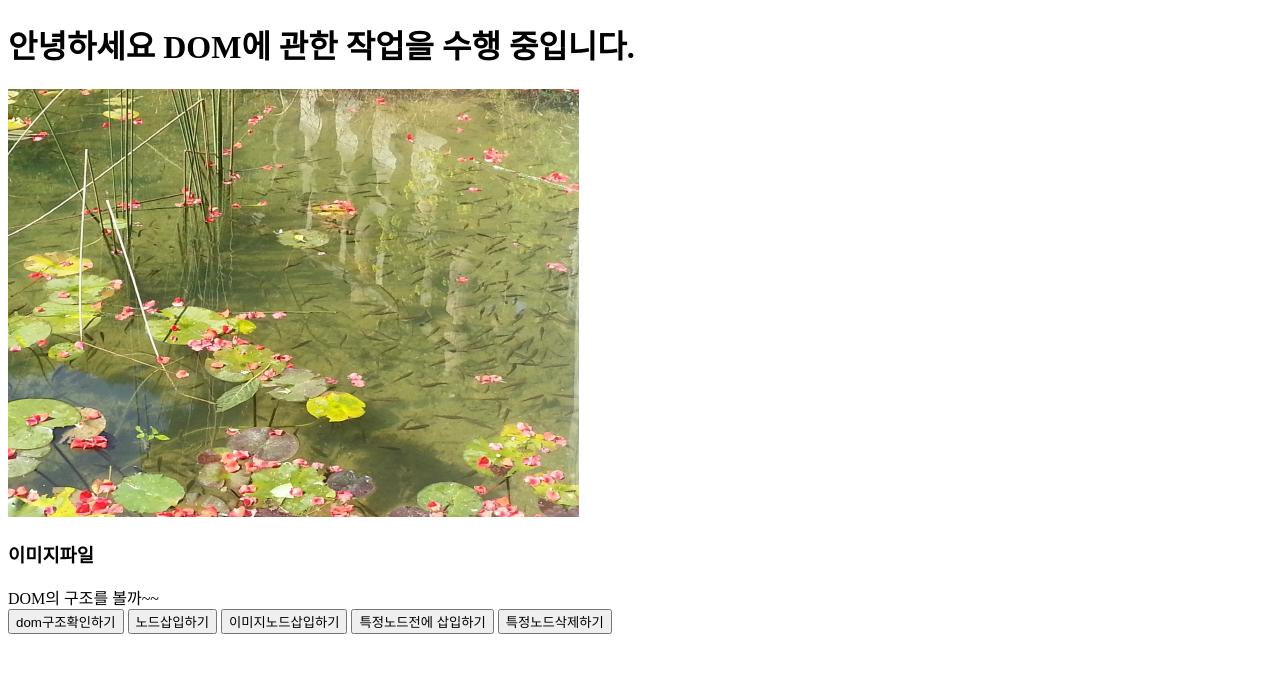
Repository: wishinghyun/multicampus
Page: webwork/clientweb/WebContent/js_dom/js_basic_dom_nodeinsert.html
The author's editor kept a copy of each file at every save. The page is drawn from the files as they stood at one save, then again after the next save.
The browser window is 1280 px wide. The pictures show the whole page.

Above is the page before, as saved 2020-01-10 01:48:27.

### webwork/clientweb/WebContent/js_dom/js_basic_dom_nodeinsert.html
<!DOCTYPE html>
<html>
<head>
	<meta http-equiv="Content-Type" content="text/html; charset=EUC-KR" />
	<title>Insert title here</title>
	<script type="text/javascript">
		window.onload = function() {
			document.getElementById("btninsert").onclick = function() {
				//alert("test")
				//1. 노드 생성
				newTextNode = document.createTextNode("삽입될 텍스트")

				//2. 삽입될 상위 노드를 구하기
				targetNode = document.getElementById("domtestbtn")

				//3. target노드에 새롭게 생성한 노드를 추가한다 - 하위노드로 추가
				targetNode.appendChild(newTextNode)
			}
		}
	</script>
</head>
<body>
	<div id="main">
		<h1 id="myhead">안녕하세요 DOM에 관한 작업을 수행 중입니다.</h1>
		<div id="mycontent1"><img src="../images/m_garden07.jpg" name="myimg" id="myimagId"
				alt="이미지파일" /><h3>이미지파일</h3></div>
		<div id="mycontent2">DOM의 구조를 볼까~~</div>
		<div id="domtestbtn">
			<form id="myformId" name="myform">
				<input type="button" value="dom구조확인하기"
					 name="btn" id="btndomtest" />
				<input type="button" value="노드삽입하기"
					 name="btn" id="btninsert" />
				<input type="button" value="이미지노드삽입하기"
					 name="btn" id="imginsert" />

				<input type="button" value="특정노드전에 삽입하기"
					 name="btn" id="btninsertbefore" />
				<input type="button" value="특정노드삭제하기"
					 name="btn" id="btndelete" />
			</form>

		</div>
	</div>
</body>
</html>

After the next save:
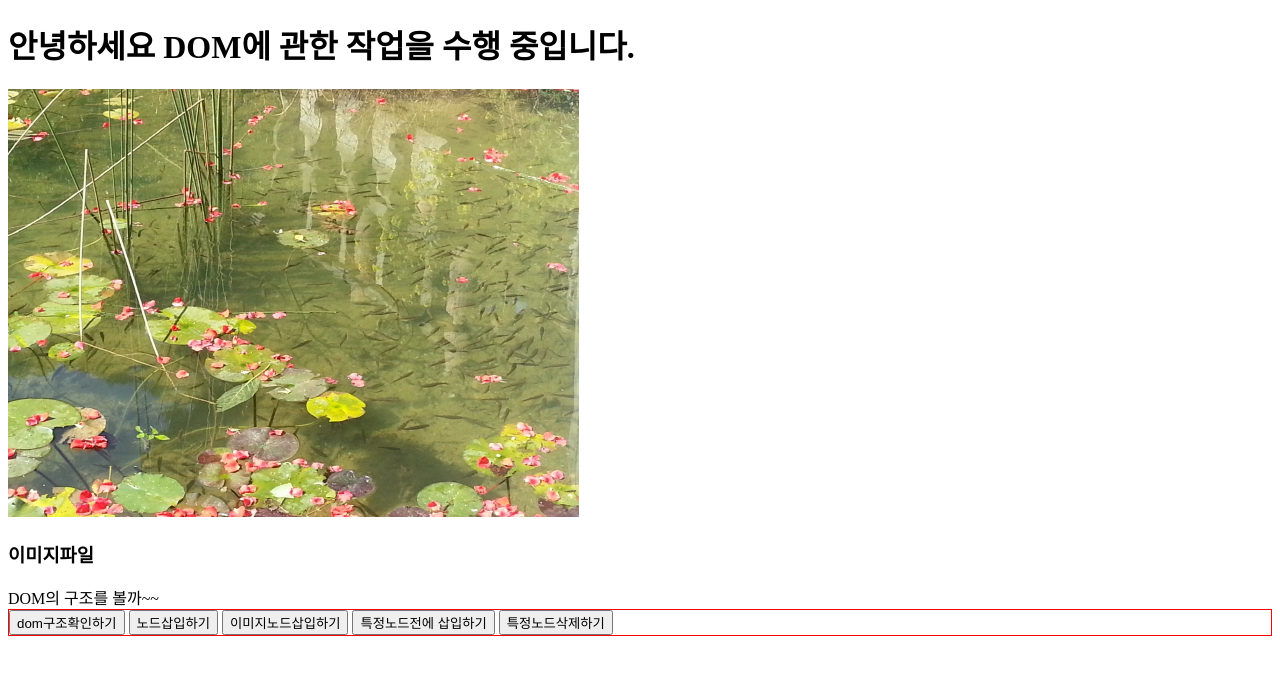
Saved 77 s later.
--- a/webwork/clientweb/WebContent/js_dom/js_basic_dom_nodeinsert.html
+++ b/webwork/clientweb/WebContent/js_dom/js_basic_dom_nodeinsert.html
@@ -25,7 +25,7 @@
 		<div id="mycontent1"><img src="../images/m_garden07.jpg" name="myimg" id="myimagId"
 				alt="이미지파일" /><h3>이미지파일</h3></div>
 		<div id="mycontent2">DOM의 구조를 볼까~~</div>
-		<div id="domtestbtn">
+		<div id="domtestbtn" style="border: solid 1px red">
 			<form id="myformId" name="myform">
 				<input type="button" value="dom구조확인하기"
 					 name="btn" id="btndomtest" />
